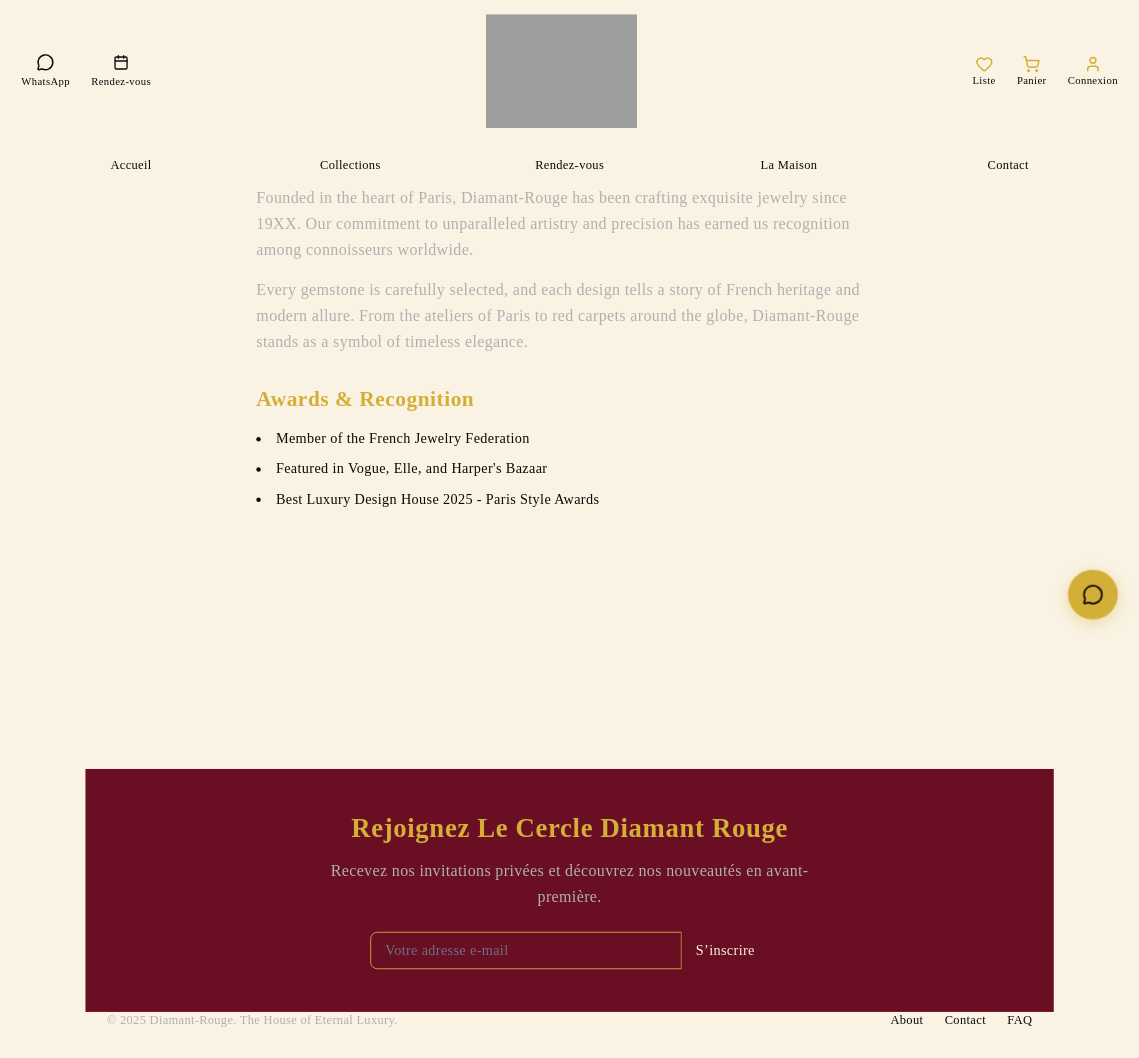
Repository: G-omar-H/diamant-rouge
Page: /about (app in diamant-rouge/)
The author's editor kept a copy of each file at every save. The page is drawn from the files as they stood at one save, then again after the next save.
The browser window is 1280 px wide. The pictures show the whole page, at 89% of full size.
Pictures or frames that could not be fetched are drawn as grey boxes. The page's requests for data from a server got no answer. The project was rebuilt for these pictures with package versions that can differ from the ones it lists, and the page was loaded fresh each time. The framework's server and built-in components were replaced by stand-ins that run in the browser. No one was signed in, and anything a server would have sent is missing. Also part of the build but not shown: diamant-rouge/next.config.js.

Above is the page before, as saved 2025-03-05 03:56:40.

After the next save:
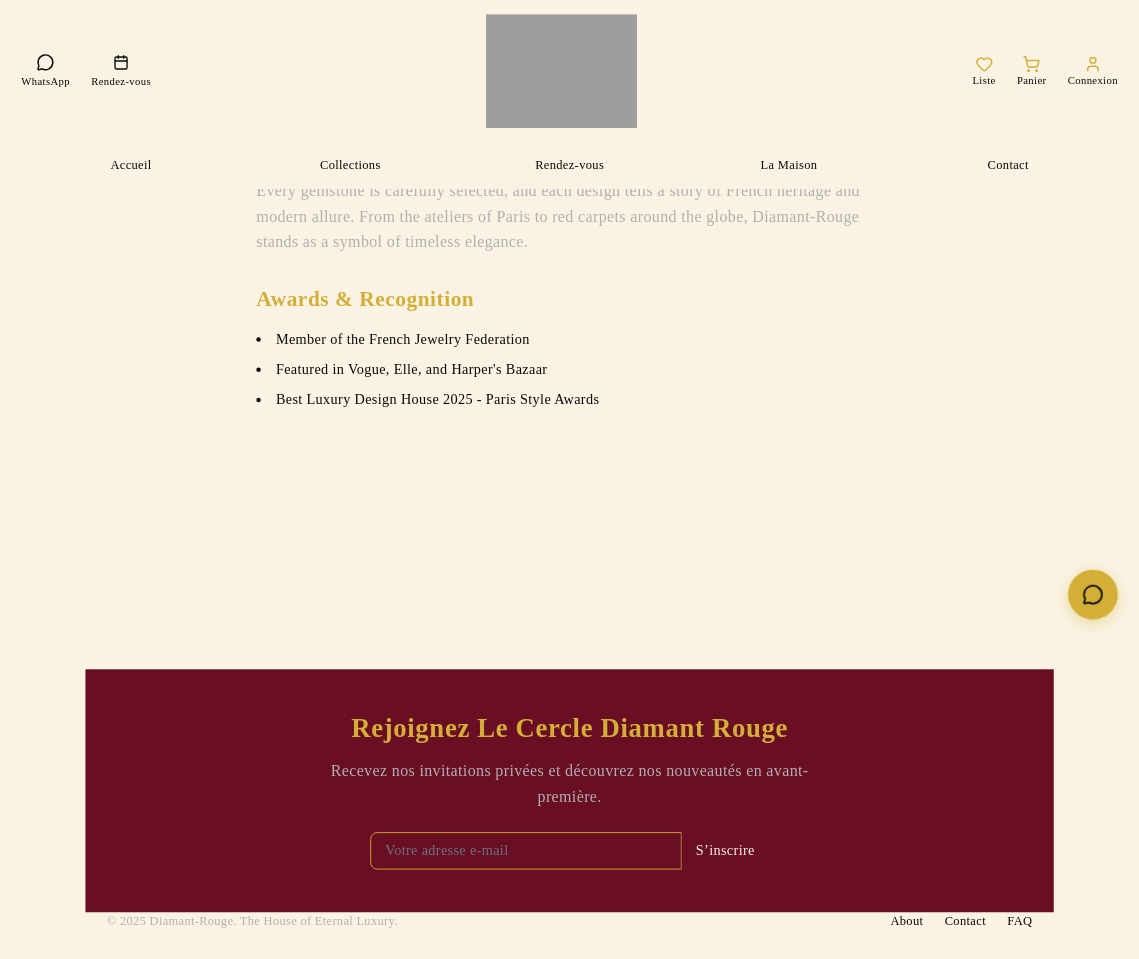
Saved 17 s later.
--- a/diamant-rouge/components/Layout.tsx
+++ b/diamant-rouge/components/Layout.tsx
@@ -38,7 +38,7 @@
                 {/* Fixed or static Header (depending on your Header.tsx) */}
                 <Header />
 
-                <main className="min-h-screen pt-24 md:pt-28 transition-opacity duration-500 ease-in-out">
+                <main className="min-h-screen pt-0 transition-opacity duration-500 ease-in-out">
                     {children}
                 </main>
 

After the save that followed:
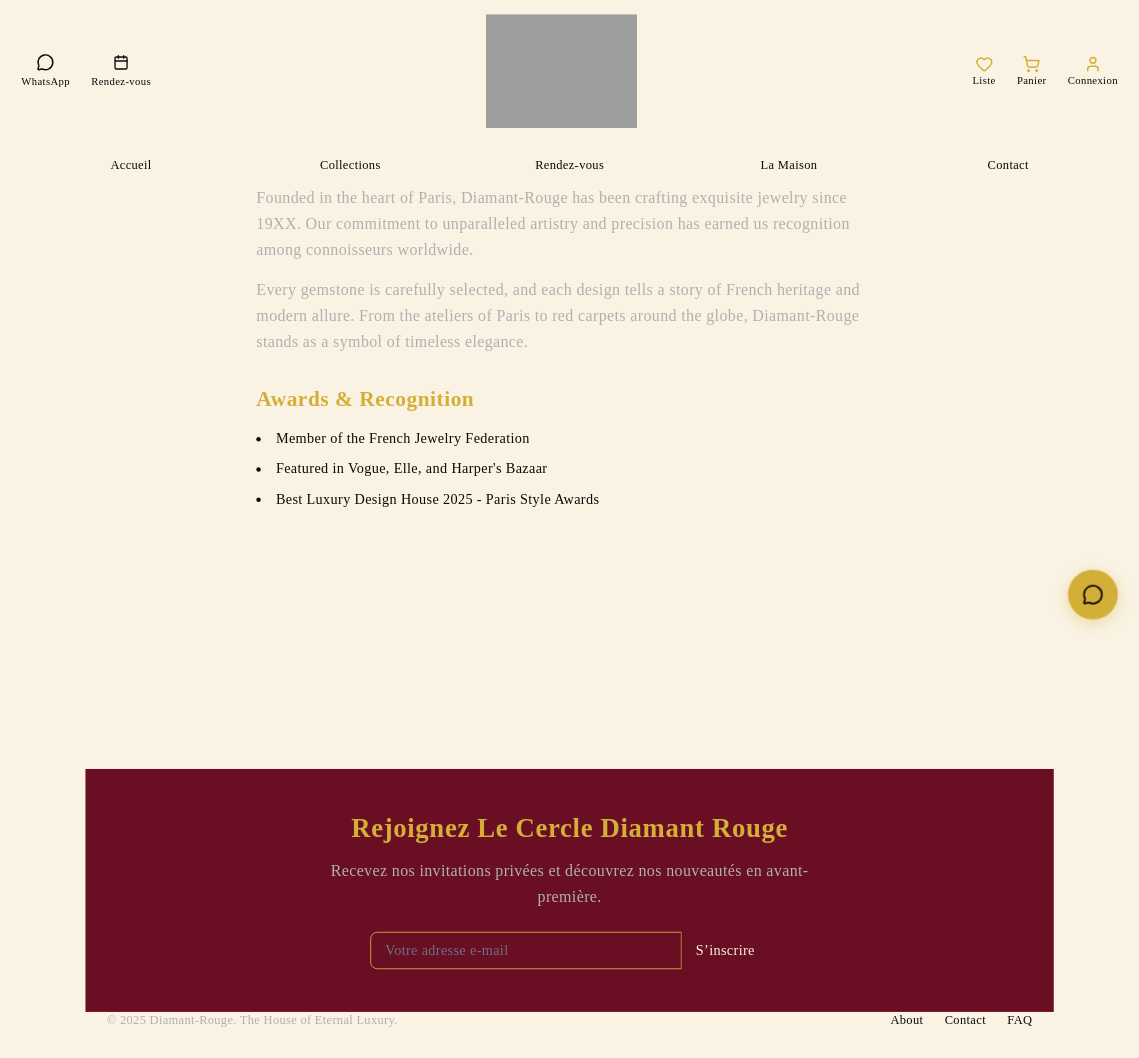
Saved 46 s later.
--- a/diamant-rouge/components/Layout.tsx
+++ b/diamant-rouge/components/Layout.tsx
@@ -38,7 +38,7 @@
                 {/* Fixed or static Header (depending on your Header.tsx) */}
                 <Header />
 
-                <main className="min-h-screen pt-0 transition-opacity duration-500 ease-in-out">
+                <main className="min-h-screen pt-24 md:pt-28 transition-opacity duration-500 ease-in-out">
                     {children}
                 </main>
 
